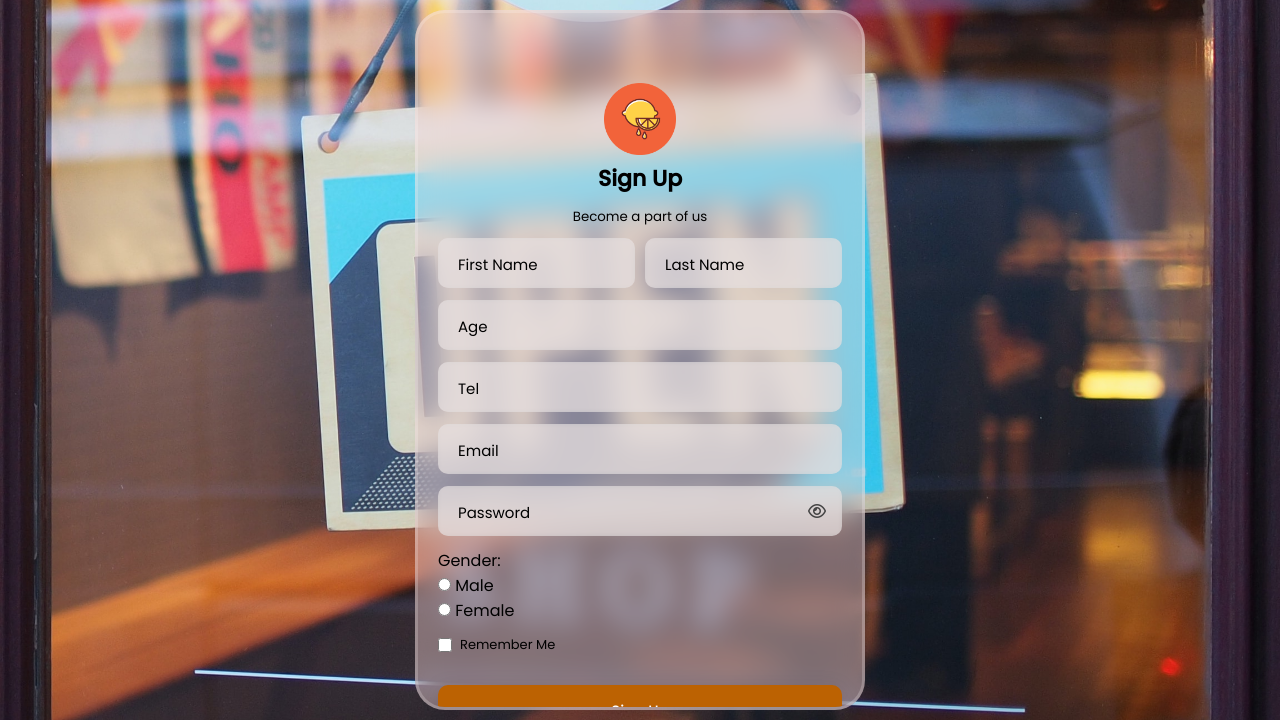
Repository: MauDucKG/BigFarm
Page: http://localhost/BigFarm/views/main/register/index.php?page=main&controller=register&action=submit
These files come from the project's save history. The page is drawn as it stood at one moment and after a run of saves; the edit follows.
The browser window is 1280 px wide. The pictures show the whole page.
Some web libraries are served in a nearby version. The page is run by PHP 8.4 with error messages shown; the project is at /var/www/html/.

Above is the page before, as saved 2023-04-26 22:23:18.

After the next 2 saves:
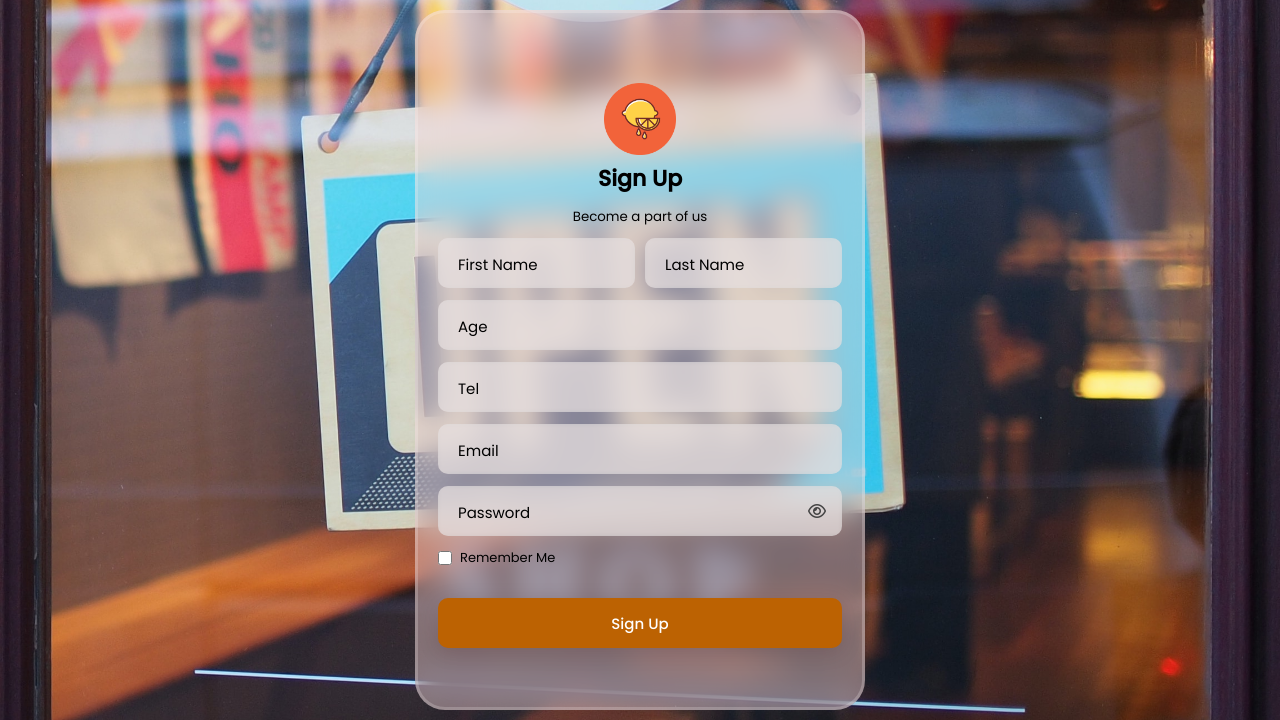
The 2 saves are shown as one change because they came seconds apart.
The last was saved 19 s later.
--- a/views/main/register/index.php
+++ b/views/main/register/index.php
@@ -209,18 +209,6 @@ i{
                                 </div>
                          </div>
                     </div>
-                    <div class="row py-1">
-					<div class="col">
-						<label class="">Gender:</label>
-					</div>
-					<div class="col">
-						<input class="form-check-input" type="radio" name="gender" value="1">
-						<label class="form-check-label">Male</label>
-					</div>
-					<div class="col">
-						<input class="form-check-input" type="radio" name="gender" value="0">
-						<label class="form-check-label">Female</label>
-					</div>
 				</div>
                     <div class="remember">
                         <input type="checkbox" id="formCheck-2" class="check">
